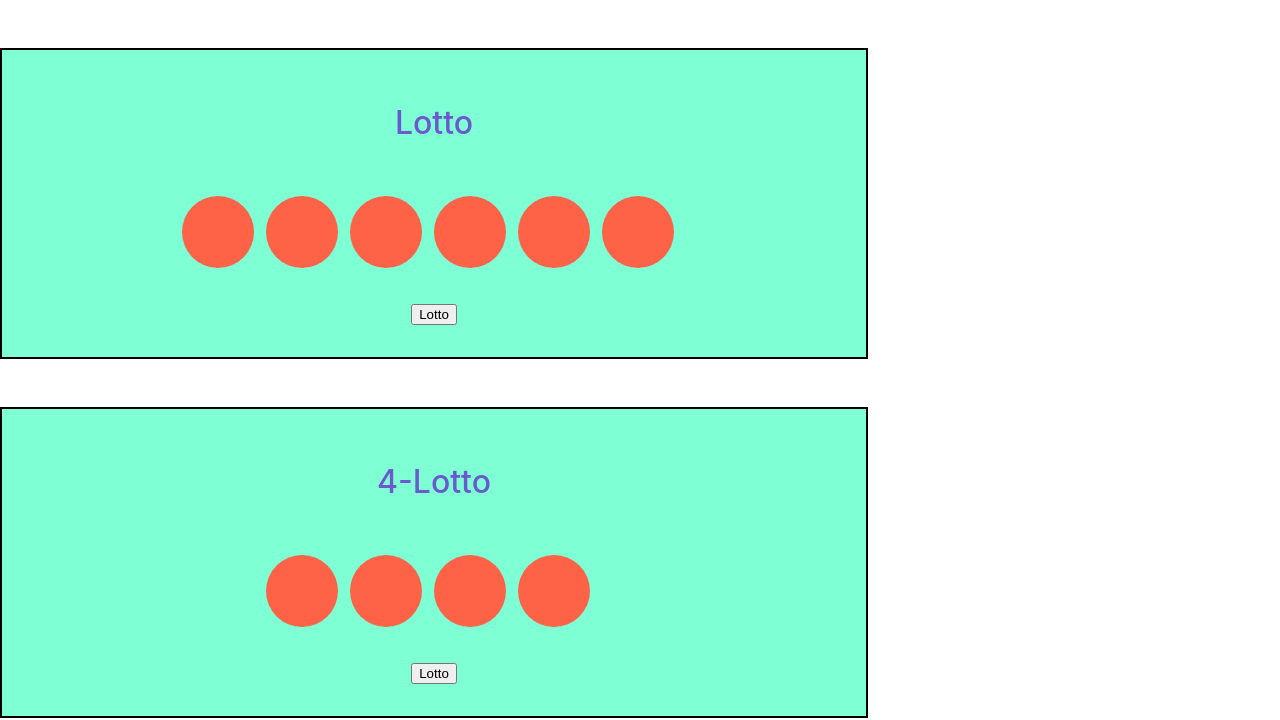
Repository: dung8466/learn-react
Page: / (app in lottery/)
An editor plug-in stored every save of this project. The page is shown before and after the next save, followed by the edit.
The browser window is 1280 px wide. The pictures show the whole page.
The project was rebuilt for these pictures with package versions that can differ from the ones it lists, and the page was loaded fresh each time.

Above is the page before, as saved 2022-09-18 21:10:24.

### lottery/src/App.js
import React, {Component} from 'react';
import './App.css';
import Lotto from './Lotto';
class App extends Component{
  render(){
    return (
      <div className="App">
        <Lotto />
        <Lotto title='4-Lotto' numBall={4} maxNum={10}/>
      </div>
    );
  }
}

export default App;

### lottery/src/Lotto.js
import React, {Component} from "react";
import './Lotto.css';
import LotteryBall from "./LotteryBall";

class Lotto extends Component{
    static defaultProps = {
        title : 'Lotto',
        numBall : 6,
        maxNum: 99
    }
    constructor(props){
        super(props);
        this.state = {nums : Array.from({length: this.props.numBall}) };
        this.generate = this.generate.bind(this);
    }
    generate(){
        this.setState(curSt => ({
            nums: curSt.nums.map(num => num = Math.floor(Math.random() * this.props.maxNum)),
        }))
    }
    render(){
        return(
            <div className="lotto">
                <h1>{this.props.title}</h1>
                <div className="ballDisplay">
                    {this.state.nums.map(b => (
                        <LotteryBall nums={b}/>
                    ))}
                </div>
                <button onClick={this.generate} className='btn'>Lotto</button>
            </div>
        );
    }
}

export default Lotto;

### lottery/src/Lotto.css
.lotto{
    display: flex;
    flex-direction: column;
    justify-content: space-evenly;
    align-items: center;
    flex-wrap: wrap;
    gap: 2em;
    border: 2px solid black;
    background-color: aquamarine;
    max-width: 50em;
    max-height: 20em;
    margin-top: 3em;
    /* margin-left: 23em; */
    padding: 2em;
}

.lotto h1{
    font-size: 2em;
    font-weight: 500;
    color: slateblue;
}

### lottery/src/LotteryBall.js
import React, {Component} from "react";
import './LotteryBall.css';

class LotteryBall extends Component{
    render(){
        return(
            <div className="ball">{this.props.nums}</div>
        );
    }
}

export default LotteryBall;

### lottery/src/LotteryBall.css
.ball{
    display: inline-block;
    background-color: tomato;
    color: white;
    border-radius: 50%;
    width: 3em;
    height: 2.25em;
    text-align: center;
    padding-top: 0.75em;
    margin-right: 0.5em;
    font-weight: bold;
    font-size: 1.5em;
}

Loaded but not shown: lottery/public/index.html (common file); lottery/src/index.js (common file); lottery/src/index.css (common file); lottery/src/reportWebVitals.js (common file); lottery/src/App.css (common file)

After the next save:
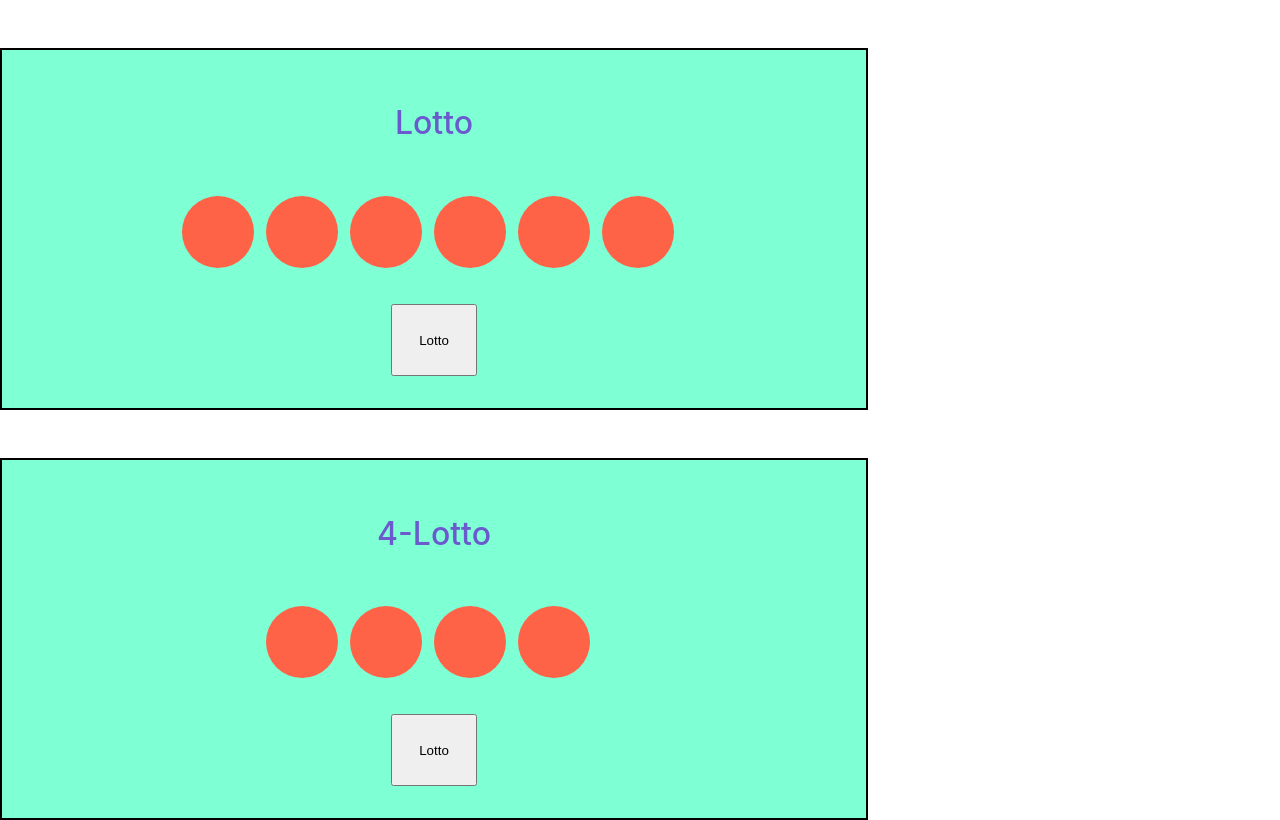
Saved 13 s later.
--- a/lottery/src/Lotto.css
+++ b/lottery/src/Lotto.css
@@ -19,3 +19,7 @@
     font-weight: 500;
     color: slateblue;
 }
+
+.btn{
+    padding: 2em;
+}

After the 2 saves that followed:
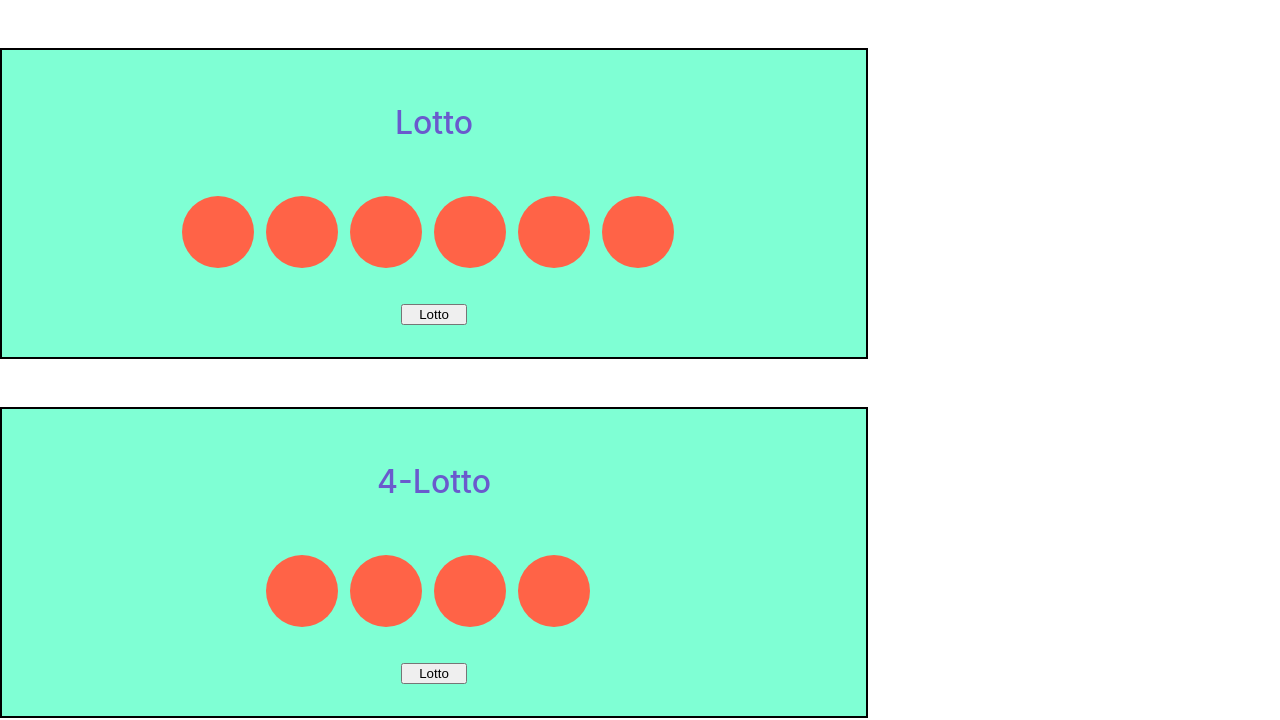
The 2 saves are shown as one change because they came seconds apart.
The last was saved 10 s later.
--- a/lottery/src/Lotto.css
+++ b/lottery/src/Lotto.css
@@ -21,5 +21,5 @@
 }
 
 .btn{
-    padding: 2em;
+    width: 5em;
 }
